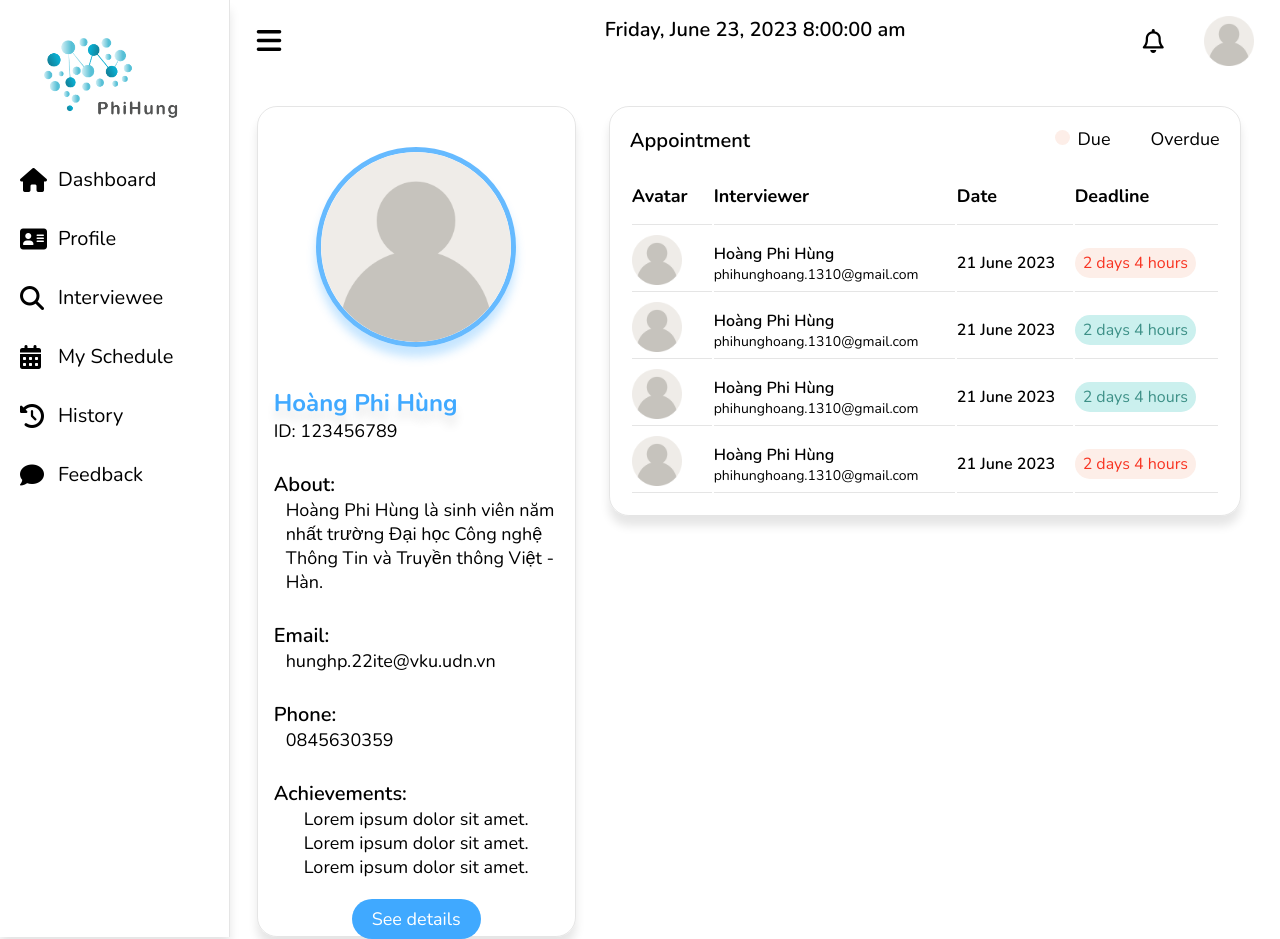
Repository: hphihungit/InterviewService
Page: interviewee.html
The author's editor kept a copy of each file at every save. The page is drawn from the files as they stood at one save, then again after the next save.
The browser window is 1280 px wide. The pictures show the whole page.

Above is the page before, as saved 2023-06-01 01:16:51.

### interviewee.html
<!DOCTYPE html>
<html lang="en">
<head>
    <meta charset="UTF-8">
    <meta http-equiv="X-UA-Compatible" content="IE=edge">
    <meta name="viewport" content="width=device-width, initial-scale=1.0">
    <title>Document</title>
    <link rel="stylesheet" href="assets/css/grid.css">
    <link rel="stylesheet" href="assets/css/base.css">
    <link rel="stylesheet" href="https://cdnjs.cloudflare.com/ajax/libs/font-awesome/6.4.0/css/all.min.css" integrity="sha512-iecdLmaskl7CVkqkXNQ/ZH/XLlvWZOJyj7Yy7tcenmpD1ypASozpmT/E0iPtmFIB46ZmdtAc9eNBvH0H/ZpiBw==" crossorigin="anonymous" referrerpolicy="no-referrer"/>
    <link rel="preconnect" href="https://fonts.googleapis.com">
    <link rel="preconnect" href="https://fonts.gstatic.com" crossorigin>
    <link href="https://fonts.googleapis.com/css2?family=Nunito:wght@200;300;400;500;600;700;800;900;1000&display=swap" rel="stylesheet">
    <link rel="stylesheet" href="assets/css/interviewee.css">
</head>
<body>
    <div id="main">
        <div class="dashboard">
            <div class="dashboard__logo"></div>
            <ul class="dashboard__list">
                <li class="dashboard__item">
                    <a href="" class="icon__link">
                        <i class="fa-solid fa-house"></i>
                    </a>
                    <a href="" class="link">Dashboard</a>
                </li>
                <li class="dashboard__item">
                    <a href="" class="icon__link">
                        <i class="fa-solid fa-address-card"></i>
                    </a>
                    <a href="" class="link">Profile</a>
                </li>
                <li class="dashboard__item">
                    <a href="" class="icon__link">
                        <i class="fa-solid fa-magnifying-glass"></i>
                    </a>
                    <a href="" class="link">Interviewee</a>
                </li>
                <li class="dashboard__item">
                    <a href="" class="icon__link">
                        <i class="fa-solid fa-calendar-days"></i>
                    </a>
                    <a href="" class="link">My Schedule</a>
                </li>
                <li class="dashboard__item">
                    <a href="" class="icon__link">
                        <i class="fa-solid fa-clock-rotate-left"></i>
                    </a>
                    <a href="" class="link">History</a>
                </li>
                <li class="dashboard__item">
                    <a href="" class="icon__link">
                        <i class="fa-solid fa-comment"></i>
                    </a>
                    <a href="" class="link">Feedback</a>
                </li>
            </ul>
        </div>

        <div class="container">
            <div class="header">
                <div class="header__icon">
                    <label class="fa-solid fa-bars header__label"></label>
                </div>

                <div class="header__time">
                    Friday, June 23, 2023 8:00:00 am
                </div>

                <div class="header__news">
                    <label class="fa-regular fa-bell header__label--bell"></label>
                    <div class="header__avatar">
                        <img src="assets/img/user.png" alt="">
                    </div>
                </div>
            </div>

            <div class="about">
                <div class="cv">
                    <div class="cv__avatar">
                        <img src="assets/img/user.png" alt="">
                    </div>

                    <div class="cv__name">
                        <p class="cv__name--interviewee">Hoàng Phi Hùng</p>
                        <p class="cv__id">ID: 123456789</p>
                    </div>

                    <div class="cv__about">
                        <p class="cv__about--title">About: </p>
                        <p class="cv__about--content">
                            Hoàng Phi Hùng là sinh viên năm nhất trường Đại học Công nghệ Thông Tin và Truyền thông Việt - Hàn.
                        </p>
                    </div>

                    <div class="cv__email">
                        <p class="cv__email--title">Email: </p>
                        <p class="cv__email--content">hunghp.22ite@vku.udn.vn</p>
                    </div>

                    <div class="cv__phone">
                        <p class="cv__phone--title">Phone: </p>
                        <p class="cv__phone--content">0845630359</p>
                    </div>

                    <div class="cv__info">
                        <p class="cv__info--title">Achievements: </p>
                        <ul class="cv__info--list">
                            <li class="cv__info--item">Lorem ipsum dolor sit amet.</li>
                            <li class="cv__info--item">Lorem ipsum dolor sit amet.</li>
                            <li class="cv__info--item">Lorem ipsum dolor sit amet.</li>
                        </ul>
                    </div>

                    <div class="cv__all">
                        <a href="" class="btn--cv--all">See details</a>
                    </div>
                </div>

                <div class="info">
                    <div class="appointment">
                        <div class="appointment__title">
                            <div class="title">
                                Appointment
                            </div>
                            <div class="note">
                                <div class="note__due">Due</div>
                                <div class="note__overdue">Overdue</div>
                            </div>
                        </div>

                        <table>
                            <thead>
                                <th>Avatar</th>
                                <th>Interviewer</th>
                                <th>Date</th>
                                <th>Deadline</th>
                            </thead>

                            <tbody>
                                <tr>
                                    <td>
                                        <img src="assets/img/user.png" alt="">
                                    </td>
                                    <td>
                                        <p class="name">Hoàng Phi Hùng</p>
                                        <p class="email">phihunghoang.1310@gmail.com</p>
                                    </td>
                                    <td>
                                        <span class="date">21 June 2023</span>
                                    </td>
                                    <td>
                                        <span class="overdue">2 days 4 hours</span>
                                    </td>
                                </tr>
                                <tr>
                                    <td>
                                        <img src="assets/img/user.png" alt="">
                                    </td>
                                    <td>
                                        <p class="name">Hoàng Phi Hùng</p>
                                        <p class="email">phihunghoang.1310@gmail.com</p>
                                    </td>
                                    <td>
                                        <span class="date">21 June 2023</span>
                                    </td>
                                    <td>
                                        <span class="due">2 days 4 hours</span>
                                    </td>
                                </tr>
                                <tr>
                                    <td>
                                        <img src="assets/img/user.png" alt="">
                                    </td>
                                    <td>
                                        <p class="name">Hoàng Phi Hùng</p>
                                        <p class="email">phihunghoang.1310@gmail.com</p>
                                    </td>
                                    <td>
                                        <span class="date">21 June 2023</span>
                                    </td>
                                    <td>
                                        <span class="due">2 days 4 hours</span>
                                    </td>
                                </tr>
                                <tr>
                                    <td>
                                        <img src="assets/img/user.png" alt="">
                                    </td>
                                    <td>
                                        <p class="name">Hoàng Phi Hùng</p>
                                        <p class="email">phihunghoang.1310@gmail.com</p>
                                    </td>
                                    <td>
                                        <span class="date">21 June 2023</span>
                                    </td>
                                    <td>
                                        <span class="overdue">2 days 4 hours</span>
                                    </td>
                                </tr>
                            </tbody>
                        </table>
                    </div>
                </div>
            </div>
        </div>
    </div>
</body>
</html>

### assets/css/grid.css
.grid {
    width: 90%;
    display: block;
    padding: 0;
    margin: 0 auto;
}

.row {
    display: flex;
    flex-wrap: wrap;
    margin-left: -4px;
    margin-right: -4px;
}

.row.no-gutters {
    margin-left: 0;
    margin-right: 0;
}

.col {
    padding-left: 4px;
    padding-right: 4px;
}

.row.no-gutters .col {
    padding-left: 0;
    padding-right: 0;
}

.c-0 {
    display: none;
}

.c-1 {
    flex: 0 0 8.33333%;
    max-width: 8.33333%;
}

.c-2 {
    flex: 0 0 16.66667%;
    max-width: 16.66667%;
}

.c-3 {
    flex: 0 0 25%;
    max-width: 25%;
}

.c-4 {
    flex: 0 0 33.33333%;
    max-width: 33.33333%;
}

.c-5 {
    flex: 0 0 41.66667%;
    max-width: 41.66667%;
}

.c-6 {
    flex: 0 0 50%;
    max-width: 50%;
}

.c-7 {
    flex: 0 0 58.33333%;
    max-width: 58.33333%;
}

.c-8 {
    flex: 0 0 66.66667%;
    max-width: 66.66667%;
}

.c-9 {
    flex: 0 0 75%;
    max-width: 75%;
}

.c-10 {
    flex: 0 0 83.33333%;
    max-width: 83.33333%;
}

.c-11 {
    flex: 0 0 91.66667%;
    max-width: 91.66667%;
}

.c-12 {
    flex: 0 0 100%;
    max-width: 100%;
}

.c-o-1 {
    margin-left: 8.33333%;
}

.c-o-2 {
    margin-left: 16.66667%;
}

.c-o-3 {
    margin-left: 25%;
}

.c-o-4 {
    margin-left: 33.33333%;
}

.c-o-5 {
    margin-left: 41.66667%;
}

.c-o-6 {
    margin-left: 50%;
}

.c-o-7 {
    margin-left: 58.33333%;
}

.c-o-8 {
    margin-left: 66.66667%;
}

.c-o-9 {
    margin-left: 75%;
}

.c-o-10 {
    margin-left: 83.33333%;
}

.c-o-11 {
    margin-left: 91.66667%;
}

/* >= Tablet */
@media (min-width: 740px) {
    .row {
        margin-left: -8px;
        margin-right: -8px;
    }

    .col {
        padding-left: 8px;
        padding-right: 8px;
    }

    .m-0 {
        display: none;
    }

    .m-1,
    .m-2,
    .m-3,
    .m-4,
    .m-5,
    .m-6,
    .m-7,
    .m-8,
    .m-9,
    .m-10,
    .m-11,
    .m-12 {
        display: block;
    }

    .m-1 {
        flex: 0 0 8.33333%;
        max-width: 8.33333%;
    }

    .m-2 {
        flex: 0 0 16.66667%;
        max-width: 16.66667%;
    }

    .m-3 {
        flex: 0 0 25%;
        max-width: 25%;
    }

    .m-4 {
        flex: 0 0 33.33333%;
        max-width: 33.33333%;
    }

    .m-5 {
        flex: 0 0 41.66667%;
        max-width: 41.66667%;
    }

    .m-6 {
        flex: 0 0 50%;
        max-width: 50%;
    }

    .m-7 {
        flex: 0 0 58.33333%;
        max-width: 58.33333%;
    }

    .m-8 {
        flex: 0 0 66.66667%;
        max-width: 66.66667%;
    }

    .m-9 {
        flex: 0 0 75%;
        max-width: 75%;
    }

    .m-10 {
        flex: 0 0 83.33333%;
        max-width: 83.33333%;
    }

    .m-11 {
        flex: 0 0 91.66667%;
        max-width: 91.66667%;
    }

    .m-12 {
        flex: 0 0 100%;
        max-width: 100%;
    }

    .m-o-1 {
        margin-left: 8.33333%;
    }

    .m-o-2 {
        margin-left: 16.66667%;
    }

    .m-o-3 {
        margin-left: 25%;
    }

    .m-o-4 {
        margin-left: 33.33333%;
    }

    .m-o-5 {
        margin-left: 41.66667%;
    }

    .m-o-6 {
        margin-left: 50%;
    }

    .m-o-7 {
        margin-left: 58.33333%;
    }

    .m-o-8 {
        margin-left: 66.66667%;
    }

    .m-o-9 {
        margin-left: 75%;
    }

    .m-o-10 {
        margin-left: 83.33333%;
    }

    .m-o-11 {
        margin-left: 91.66667%;
    }
}

/* PC medium resolution > */
@media (min-width: 1113px) {
    .row {
        margin-left: -12px;
        margin-right: -12px;
    }

    .row.sm-gutter {
        margin-left: -5px;
        margin-right: -5px;
    }

    .col {
        padding-left: 12px;
        padding-right: 12px;
    }

    .row.sm-gutter .col {
        padding-left: 5px;
        padding-right: 5px;
    }

    .l-0 {
        display: none;
    }

    .l-1,
    .l-2,
    .l-2-4,
    .l-3,
    .l-4,
    .l-5,
    .l-6,
    .l-7,
    .l-8,
    .l-9,
    .l-10,
    .l-11,
    .l-12 {
        display: block;
    }

    .l-1 {
        flex: 0 0 8.33333%;
        max-width: 8.33333%;
    }

    .l-2 {
        flex: 0 0 16.66667%;
        max-width: 16.66667%;
    }

    .l-2-4 {
        flex: 0 0 20%;
        max-width: 20%;
    }

    .l-3 {
        flex: 0 0 25%;
        max-width: 25%;
    }

    .l-4 {
        flex: 0 0 33.33333%;
        max-width: 33.33333%;
    }

    .l-5 {
        flex: 0 0 41.66667%;
        max-width: 41.66667%;
    }

    .l-6 {
        flex: 0 0 50%;
        max-width: 50%;
    }

    .l-7 {
        flex: 0 0 58.33333%;
        max-width: 58.33333%;
    }

    .l-8 {
        flex: 0 0 66.66667%;
        max-width: 66.66667%;
    }

    .l-9 {
        flex: 0 0 75%;
        max-width: 75%;
    }

    .l-10 {
        flex: 0 0 83.33333%;
        max-width: 83.33333%;
    }

    .l-11 {
        flex: 0 0 91.66667%;
        max-width: 91.66667%;
    }

    .l-12 {
        flex: 0 0 100%;
        max-width: 100%;
    }

    .l-o-1 {
        margin-left: 8.33333%;
    }

    .l-o-2 {
        margin-left: 16.66667%;
    }

    .l-o-3 {
        margin-left: 25%;
    }

    .l-o-4 {
        margin-left: 33.33333%;
    }

    .l-o-5 {
        margin-left: 41.66667%;
    }

    .l-o-6 {
        margin-left: 50%;
    }

    .l-o-7 {
        margin-left: 58.33333%;
    }

    .l-o-8 {
        margin-left: 66.66667%;
    }

    .l-o-9 {
        margin-left: 75%;
    }

    .l-o-10 {
        margin-left: 83.33333%;
    }

    .l-o-11 {
        margin-left: 91.66667%;
    }
}

/* Tablet - PC low resolution */
@media (min-width: 740px) and (max-width: 1023px) {
    .wide {
        width: 644px;
    }
}

/* > PC low resolution */
@media (min-width: 1024px) and (max-width: 1239px) {
    .wide {
        width: 984px;
    }

    .wide .row {
        margin-left: -12px;
        margin-right: -12px;
    }

    .wide .row.sm-gutter {
        margin-left: -5px;
        margin-right: -5px;
    }

    .wide .col {
        padding-left: 12px;
        padding-right: 12px;
    }

    .wide .row.sm-gutter .col {
        padding-left: 5px;
        padding-right: 5px;
    }

    .wide .l-0 {
        display: none;
    }

    .wide .l-1,
    .wide .l-2,
    .wide .l-2-4,
    .wide .l-3,
    .wide .l-4,
    .wide .l-5,
    .wide .l-6,
    .wide .l-7,
    .wide .l-8,
    .wide .l-9,
    .wide .l-10,
    .wide .l-11,
    .wide .l-12 {
        display: block;
    }

    .wide .l-1 {
        flex: 0 0 8.33333%;
        max-width: 8.33333%;
    }

    .wide .l-2 {
        flex: 0 0 16.66667%;
        max-width: 16.66667%;
    }

    .wide .l-2-4 {
        flex: 0 0 20%;
        max-width: 20%;
    }

    .wide .l-3 {
        flex: 0 0 25%;
        max-width: 25%;
    }

    .wide .l-4 {
        flex: 0 0 33.33333%;
        max-width: 33.33333%;
    }

    .wide .l-5 {
        flex: 0 0 41.66667%;
        max-width: 41.66667%;
    }

    .wide .l-6 {
        flex: 0 0 50%;
        max-width: 50%;
    }

    .wide .l-7 {
        flex: 0 0 58.33333%;
        max-width: 58.33333%;
    }

    .wide .l-8 {
        flex: 0 0 66.66667%;
        max-width: 66.66667%;
    }

    .wide .l-9 {
        flex: 0 0 75%;
        max-width: 75%;
    }

    .wide .l-10 {
        flex: 0 0 83.33333%;
        max-width: 83.33333%;
    }

    .wide .l-11 {
        flex: 0 0 91.66667%;
        max-width: 91.66667%;
    }

    .wide .l-12 {
        flex: 0 0 100%;
        max-width: 100%;
    }

    .wide .l-o-1 {
        margin-left: 8.33333%;
    }

    .wide .l-o-2 {
        margin-left: 16.66667%;
    }

    .wide .l-o-3 {
        margin-left: 25%;
    }

    .wide .l-o-4 {
        margin-left: 33.33333%;
    }

    .wide .l-o-5 {
        margin-left: 41.66667%;
    }

    .wide .l-o-6 {
        margin-left: 50%;
    }

    .wide .l-o-7 {
        margin-left: 58.33333%;
    }

    .wide .l-o-8 {
        margin-left: 66.66667%;
    }

    .wide .l-o-9 {
        margin-left: 75%;
    }

    .wide .l-o-10 {
        margin-left: 83.33333%;
    }

    .wide .l-o-11 {
        margin-left: 91.66667%;
    }
}

### assets/css/base.css
:root {
    --white-color: #fff;
    --black-color: #000;
    --blue-color : #40a9ff;
    --text-color: #8f8f8f;
    --scale: 1px;
}

* {
    padding: 0;
    margin: 0;
    box-sizing: border-box;
    text-decoration: none;
    list-style-type: none;
}

html, body {
    font-size: 18px;
    font-family: 'Nunito', sans-serif;
    scroll-behavior: smooth;
}

### assets/css/interviewee.css
#main {
    width: 100%;
    display: flex;
}

.dashboard {
    width: 18%;
    min-height: 0;
    border-right: 1px solid rgba(0, 0, 0, 0.1);
    box-shadow: 0 10px 10px rgba(0, 0, 0, 0.1);
}

.dashboard__logo {
    width: 100%;
    height: 150px;
    background-image: url('../img/logo.png');
    background-repeat: no-repeat;
    background-size: 50%;
    background-size: 62%;
    background-position: 50% 85%;
}

.dashboard__list {
    width: 100%;
}

.dashboard__item {
    border-radius: 25px 0 0 25px;
    display: flex;
    width: 100%;
    padding: 0px 20px;
}

.dashboard__item:hover {
    background-color: var(--blue-color);
}

.dashboard__item:hover .link,
.dashboard__item:hover .icon__link {
    color: #fff;
}

.icon__link {
    display: flex;
    align-items: center;
    width: 20%;
    font-size: 24px;
    color: #000;
}

.link {
    display: inline-block;
    width: 80%;
    font-size: 20px;
    padding: 16px 0px;
    color: #000;
}

.container {
    width: 82%;
}

.header {
    width: 95%;
    margin: 0 auto;
    display: flex;
    justify-content: space-between;
    margin-top: 16px;
}

.header__icon {
    width: 32%;
    display: flex;
    justify-content: space-between;
    align-items: center;
}

.header__label {
    font-size: 28px;
}

.header__time {
    width: 32%;
    text-align: center;
    font-size: 20px;
    font-weight: 600;
}

.header__news {
    width: 32%;
    display: flex;
    justify-content: flex-end;
    align-items: center;
}

.header__label--bell {
    font-size: 24px;
    position: relative;
    padding-right: 40px;
}

.header__avatar {
    display: flex;
    justify-content: flex-end;
    align-items: center;
}

.header__avatar img {
    width: 50px;
    height: 50px;
}

.about {
    display: flex;
    justify-content: space-between;
    width: 95%;
    margin: 0 auto;
    margin-top: 40px;
}

.cv {
    width: 32%;
    max-height: 831px;
    border: 1px solid rgba(0, 0, 0, 0.1);
    border-radius: 20px;
    box-shadow: 0 10px 10px rgba(0, 0, 0, 0.1);
    padding: 0px 16px;
}

.cv__avatar {
    width: 100%;
    display: flex;
    justify-content: center;
    align-items: center;
    padding: 20px 0px;
    padding-top: 40px;
}

.cv__avatar img {
    width: 200px;
    height: 200px;
    border: 5px solid rgba(64, 169, 255, 0.8);
    border-radius: 50%;
    box-shadow: 0 10px 10px rgba(64, 169, 255, 0.3);;
}

.cv__name,
.cv__about,
.cv__email,
.cv__phone,
.cv__info {
    width: 100%;
    margin-top: 20px;
    margin-bottom: 28px;
}

.cv__name--interviewee {
    font-size: 24px;
    font-weight: 700;
    text-shadow: 0 10px 10px rgba(0, 0, 0, 0.1);
    color: var(--blue-color);
}

.cv__about--title,
.cv__email--title,
.cv__phone--title,
.cv__info--title {
    font-size: 20px;
    font-weight: 600;
}

.cv__about--content,
.cv__email--content,
.cv__phone--content {
    padding-left: 12px;
}

.cv__info--item {
    text-align: center;
}

.cv__all {
    width: 90%;
    margin: 0 auto;
    margin-bottom: 20px;
    text-align: center;
}

.btn--cv--all {
    padding: 8px 20px;
    border-radius: 20px;
    background-color: var(--blue-color);
    color: #fff;
}

.btn--cv--all:hover {
    opacity: 0.8;
}

.info {
    width: 66%;
}

.appointment {
    width: 96%;
    margin: 0 auto;
    border: 1px solid rgba(0, 0, 0, 0.1);
    box-shadow: 0 10px 10px rgba(0, 0, 0, 0.1);
    border-radius: 20px;
    padding: 20px;
}

.appointment__title {
    display: flex;
    justify-content: space-between;
}

.title {
    font-size: 20px;
    font-weight: 600;
}

.note {
    display: flex;
}

.note__due {
    margin-right: 40px;
}

.note__due::before {
    content: "";
    display: inline-block;
    width: 15px;
    height: 15px;
    border-radius: 50%;
    margin-right: 8px;
    background-color: #cbf0ee;
}

.note__due::before {
    content: "";
    display: inline-block;
    width: 15px;
    height: 15px;
    border-radius: 50%;
    margin-right: 8px;
    background-color: #fdeee8;
}

table {
    width: 100%;
    margin-top: 28px;
}

th {
    text-align: left;
    padding-right: 12px;
    padding-bottom: 16px;
    border-bottom: 1px solid rgba(0, 0, 0, 0.1);
}

td {
    padding-top: 8px;
    font-size: 16px;
    border-bottom: 1px solid rgba(0, 0, 0, 0.1);
}

td img {
    width: 50px;
    height: 50px;
}

.date,
.name {
    font-weight: 600;
}

.email {
    font-size: 14px;
}

.due {
    background-color: #cbf0ee;
    color: #3d9087;
    padding: 4px 8px;
    border-radius: 20px;
}

.overdue {
    background-color: #fdeee8;
    color: #f83422;
    padding: 4px 8px;
    border-radius: 20px;
}

After the next save:
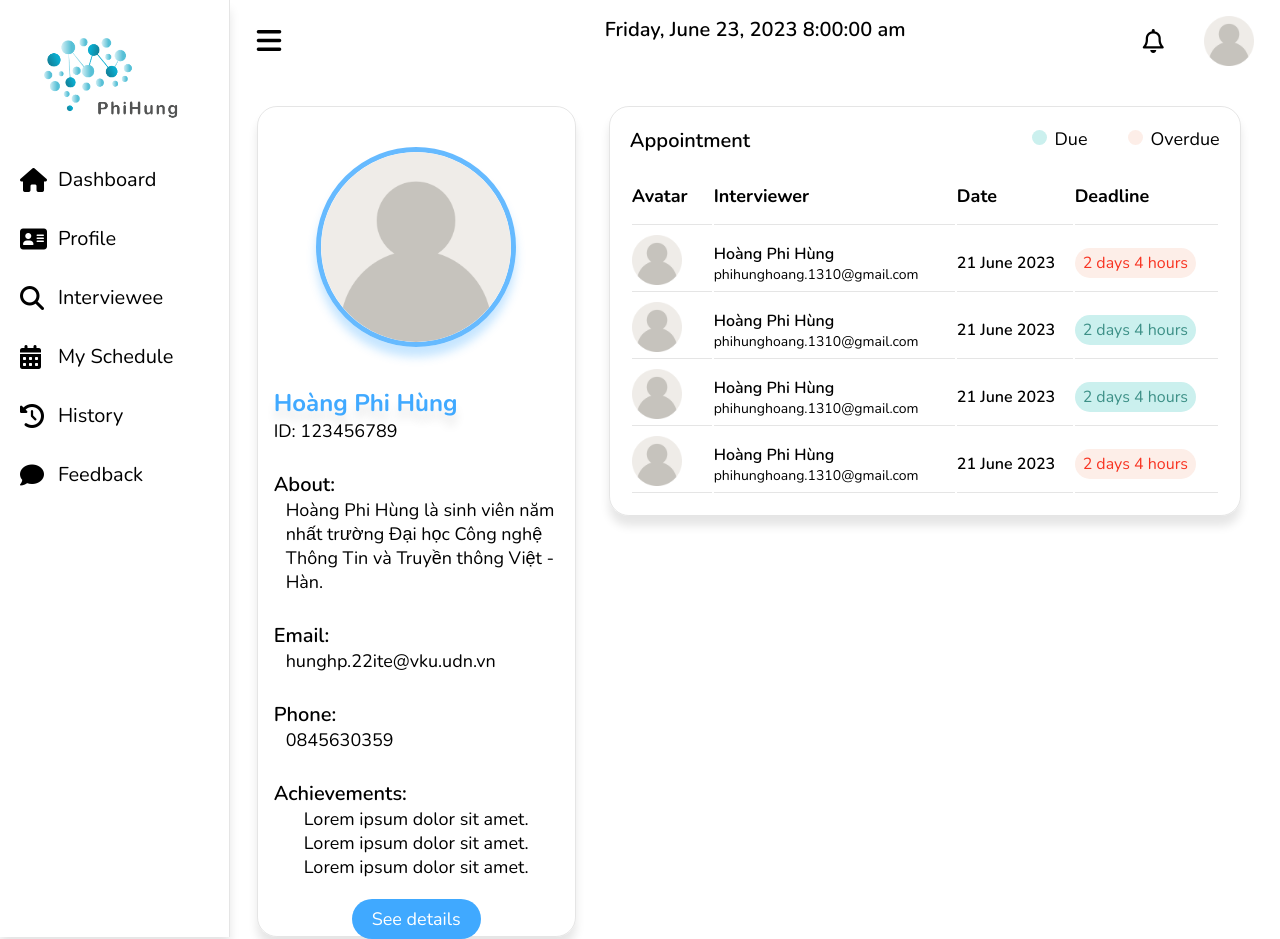
Saved 9 s later.
--- a/assets/css/interviewee.css
+++ b/assets/css/interviewee.css
@@ -238,7 +238,7 @@
     background-color: #cbf0ee;
 }
 
-.note__due::before {
+.note__overdue::before {
     content: "";
     display: inline-block;
     width: 15px;
